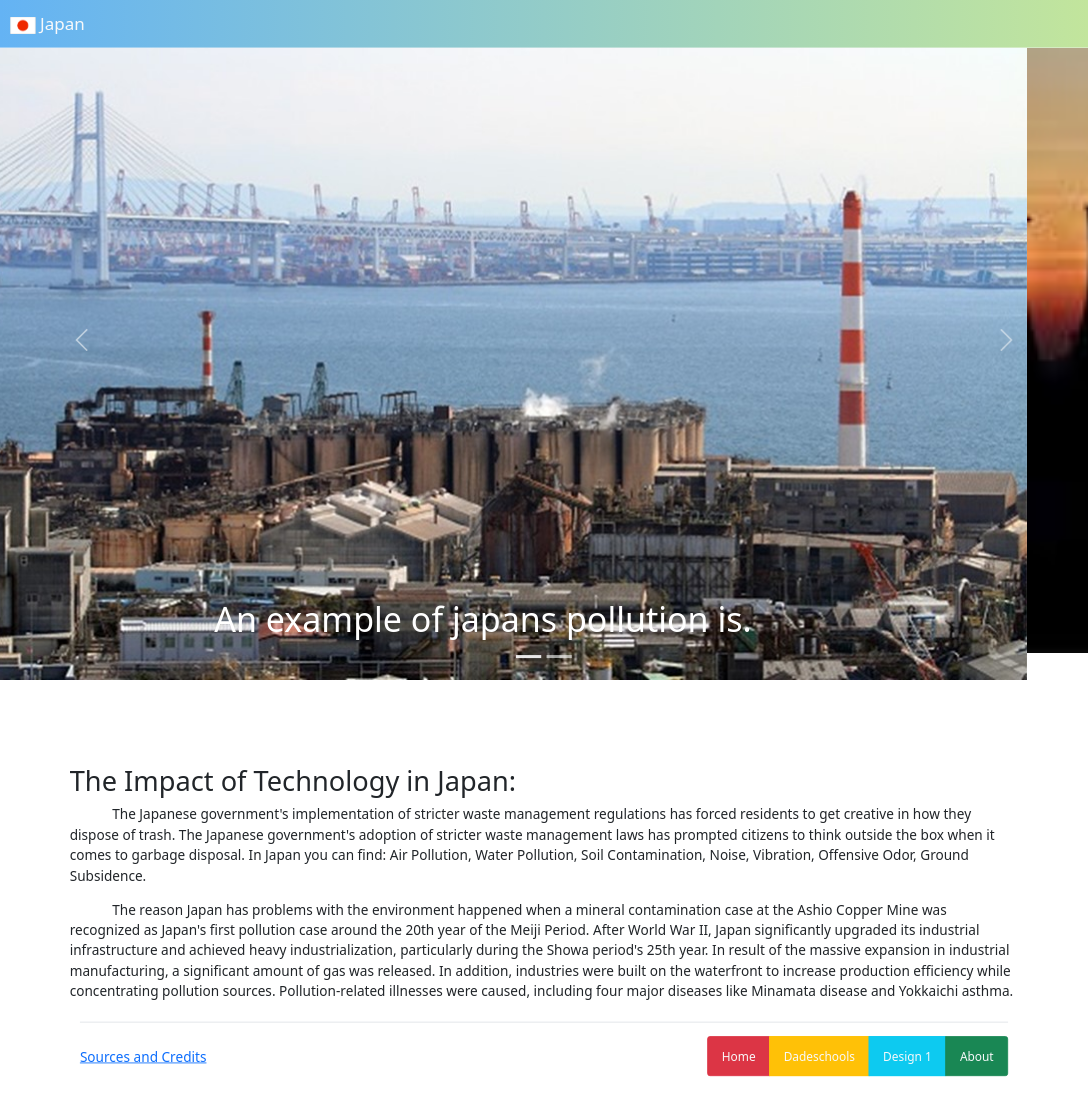
Repository: mrchilliballs/mrchilliballs.github.io
Page: untitled-2.html
The author's editor kept a copy of each file at every save. The page is drawn from the files as they stood at one save, then again after the next save.
The browser window is 1280 px wide. The pictures show the whole page, at 85% of full size.

Above is the page before, as saved 2021-09-02 18:51:39.

### untitled-2.html
<!DOCTYPE html>
<html lang="en">
<head>
    <meta charset="UTF-8">
    <meta http-equiv="X-UA-Compatible" content="IE=edge">
    <!-- CSS only -->
<link href="https://cdn.jsdelivr.net/npm/bootstrap@5.1.0/dist/css/bootstrap.min.css" rel="stylesheet" integrity="sha384-KyZXEAg3QhqLMpG8r+8fhAXLRk2vvoC2f3B09zVXn8CA5QIVfZOJ3BCsw2P0p/We" crossorigin="anonymous">
    <meta name="viewport" content="width=device-width, initial-scale=1.0">
    <title>Document</title>
    <style>
@keyframes AnimationName {
    0%{background-position:0% 50%}
    50%{background-position:100% 50%}
    100%{background-position:0% 50%}
}
#navabr {
    animation: AnimationName 1s ease infinite !important;
    background: #c2e59c;  /* fallback for old browsers */
    background: -webkit-linear-gradient(to right, #64b3f4, #c2e59c);  /* Chrome 10-25, Safari 5.1-6 */
    background: linear-gradient(to right, #64b3f4, #c2e59c); /* W3C, IE 10+/ Edge, Firefox 16+, Chrome 26+, Opera 12+, Safari 7+ */
}
    </style>
</head>
<body>
    <nav class="navbar navbar-light bg-light fixed-top" id="navabr">
        <div class="container-fluid">
          <a class="navbar-brand" href="#">
            <img src="japan.gif" alt="" width="30" height="20 class="d-inline-block align-text-top">
            <span class="text-light">Japan</span>
          </a>
        </div>
      </nav>
      <div id="carouselExampleIndicators" class="carousel slide" data-bs-ride="carousel">
        <div class="carousel-indicators">
          <button type="button" data-bs-target="#carouselExampleIndicators" data-bs-slide-to="0" class="active" aria-current="true" aria-label="Slide 1"></button>
          <button type="button" data-bs-target="#carouselExampleIndicators" data-bs-slide-to="1" aria-label="Slide 2"></button>
        </div>
        <div class="carousel-inner">
          <div class="carousel-item active">
            <img src="Picture1.jpg" class="d-block w-100" alt="...">
            <div class="carousel-caption d-none d-md-block">
              <h1>An example of japans pollution is.</h1>
            </div>
          </div>
          <div class="carousel-item">
            <img src="Picture2.jpg" class="d-block w-100" alt="...">
          </div>
        </div>
        <button class="carousel-control-prev" type="button" data-bs-target="#carouselExampleIndicators" data-bs-slide="prev">
          <span class="carousel-control-prev-icon" aria-hidden="true"></span>
          <span class="visually-hidden">Previous</span>
        </button>
        <button class="carousel-control-next" type="button" data-bs-target="#carouselExampleIndicators" data-bs-slide="next">
          <span class="carousel-control-next-icon" aria-hidden="true"></span>
          <span class="visually-hidden">Next</span>
        </button>
      </div>
    <main class="container">
<h2 style="margin-top: 100px;">The Impact of Technology in Japan:</h2>
	<p style="text-indent: 50px;">The Japanese government's implementation of stricter waste management regulations has forced residents to get creative in how they dispose of trash. The Japanese government's adoption of stricter waste management laws has prompted citizens to think outside the box when it comes to garbage disposal. In Japan you can find: Air Pollution, Water Pollution, Soil Contamination, Noise, Vibration, Offensive Odor, Ground Subsidence.
	<br></p><p style="text-indent: 50px;">The reason Japan has problems with the environment happened when a mineral contamination case at the Ashio Copper Mine was recognized as Japan's first pollution case around the 20th year of the Meiji Period. After World War II, Japan significantly upgraded its industrial infrastructure and achieved heavy industrialization, particularly during the Showa period's 25th year. In result of the massive expansion in industrial manufacturing, a significant amount of gas was released. In addition, industries were built on the waterfront to increase production efficiency while concentrating pollution sources. Pollution-related illnesses were caused, including four major diseases like Minamata disease and Yokkaichi asthma.
    </p>
        <div class="container">
            <footer class="d-flex flex-wrap justify-content-between align-items-center py-3 my-4 border-top" style="">
              <div class="dropdown">
                <a class="" href="#" role="button" id="dropdownMenuLink" data-bs-toggle="dropdown" aria-expanded="false">
                  Sources and Credits
                </a>

                <ul class="dropdown-menu" aria-labelledby="dropdownMenuLink">
                  <li><a class="dropdown-item" href="https://www.world-weather-travellers-guide.com/air-pollution-in-japan.htm">Source 1</a></li>
                  <li><a class="dropdown-item" href="https://www.nytimes.com/1964/12/26/archives/tokyo-troubled-by-air-pollution-emphasis-in-smog-control-is-still.html">Source 2</a></li>
                  <li><a class="dropdown-item" href="https://creativecommons.org/licenses/by-nc/2.0/s">Source 3</a></li>
                  <li><a class="dropdown-item" href="https://encyclopedia.1914-1918 online.net/article/science_and_technology_japan ">Source 4</a></li>
                  <li><a class="dropdown-item" href="https://en.wikipedia.org/wiki/Tokyo">Source 5</a></li>
                  <li><a class="dropdown-item" href="https://en.wikipedia.org/wiki/Meiji_Restoration ">Source 6</a></li>
                </ul>
              </div>
              <a href="/" class="col-md-4 d-flex align-items-center justify-content-center mb-3 mb-md-0 me-md-auto link-dark text-decoration-none">
                <svg class="bi me-2" width="40" height="32"><use xlink:href="#bootstrap"></use></svg>
              </a>

              <ul class="nav col-md-4 justify-content-end">
                <div class="btn-group" role="group" aria-label="Basic mixed styles example">
                    <button type="button" class="btn btn-danger btn-sm"><li class="nav-item"><a href="#" class="nav-link px-2 text-light">Home</a></li></button>
                    <button type="button" class="btn btn-warning btn-sm"><li class="nav-item"><a href="https://www3.dadeschools.net" class="nav-link px-2 text-light">Dadeschools</a></li></button>
                    <button type="button" class="btn btn-info btn-sm"><li class="nav-item"><a href="index.html" class="nav-link px-2 text-light">Design 1</a></li></button>
                    <button type="button" class="btn btn-success btn-sm"><li class="nav-item"><a class="nav-link px-2 text-light" href="#" role="button" id="dropdownMenuLink" data-bs-toggle="dropdown" aria-expanded="false">About</a><ul class="dropdown-menu" aria-labelledby="dropdownMenuLink1">
                      <li class="dropdown-item">We made this website using the program language "HTML". It took us a lot of work and we hope we get a good grade on this because we did our best on this website.</li>
                    </ul></li>
                    </button>
                  </div>
              </ul>
            </footer>
          </div>
          <!-- JavaScript Bundle with Popper -->
<script src="https://cdn.jsdelivr.net/npm/bootstrap@5.1.0/dist/js/bootstrap.bundle.min.js" integrity="sha384-U1DAWAznBHeqEIlVSCgzq+c9gqGAJn5c/t99JyeKa9xxaYpSvHU5awsuZVVFIhvj" crossorigin="anonymous"></script>
    </main>
</body>
</html>

After the next save:
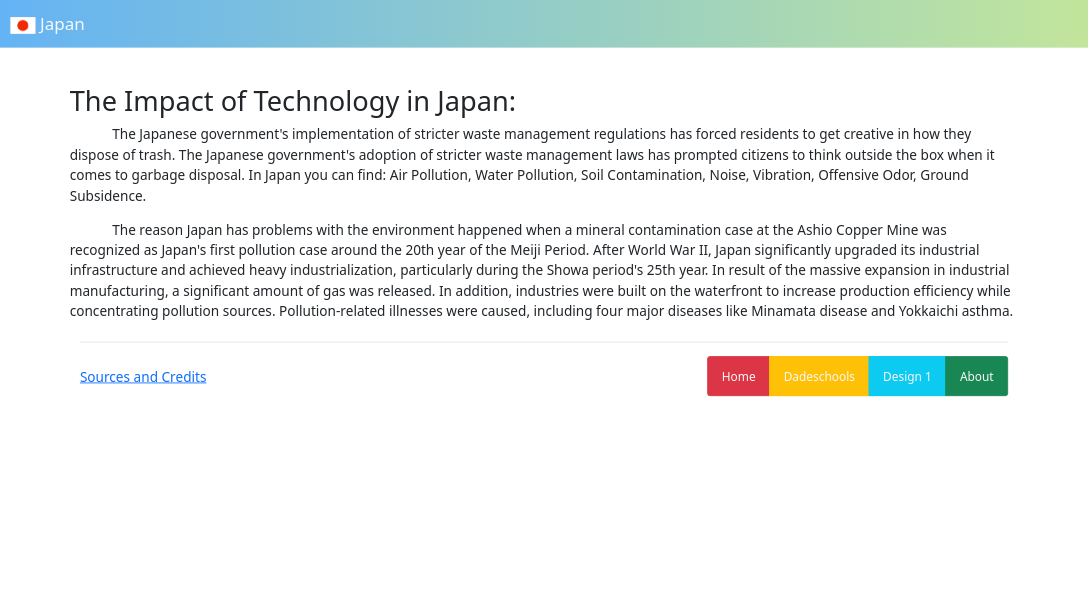
Saved 101 s later.
--- a/untitled-2.html
+++ b/untitled-2.html
@@ -30,31 +30,6 @@
           </a>
         </div>
       </nav>
-      <div id="carouselExampleIndicators" class="carousel slide" data-bs-ride="carousel">
-        <div class="carousel-indicators">
-          <button type="button" data-bs-target="#carouselExampleIndicators" data-bs-slide-to="0" class="active" aria-current="true" aria-label="Slide 1"></button>
-          <button type="button" data-bs-target="#carouselExampleIndicators" data-bs-slide-to="1" aria-label="Slide 2"></button>
-        </div>
-        <div class="carousel-inner">
-          <div class="carousel-item active">
-            <img src="Picture1.jpg" class="d-block w-100" alt="...">
-            <div class="carousel-caption d-none d-md-block">
-              <h1>An example of japans pollution is.</h1>
-            </div>
-          </div>
-          <div class="carousel-item">
-            <img src="Picture2.jpg" class="d-block w-100" alt="...">
-          </div>
-        </div>
-        <button class="carousel-control-prev" type="button" data-bs-target="#carouselExampleIndicators" data-bs-slide="prev">
-          <span class="carousel-control-prev-icon" aria-hidden="true"></span>
-          <span class="visually-hidden">Previous</span>
-        </button>
-        <button class="carousel-control-next" type="button" data-bs-target="#carouselExampleIndicators" data-bs-slide="next">
-          <span class="carousel-control-next-icon" aria-hidden="true"></span>
-          <span class="visually-hidden">Next</span>
-        </button>
-      </div>
     <main class="container">
 <h2 style="margin-top: 100px;">The Impact of Technology in Japan:</h2>
 	<p style="text-indent: 50px;">The Japanese government's implementation of stricter waste management regulations has forced residents to get creative in how they dispose of trash. The Japanese government's adoption of stricter waste management laws has prompted citizens to think outside the box when it comes to garbage disposal. In Japan you can find: Air Pollution, Water Pollution, Soil Contamination, Noise, Vibration, Offensive Odor, Ground Subsidence.
